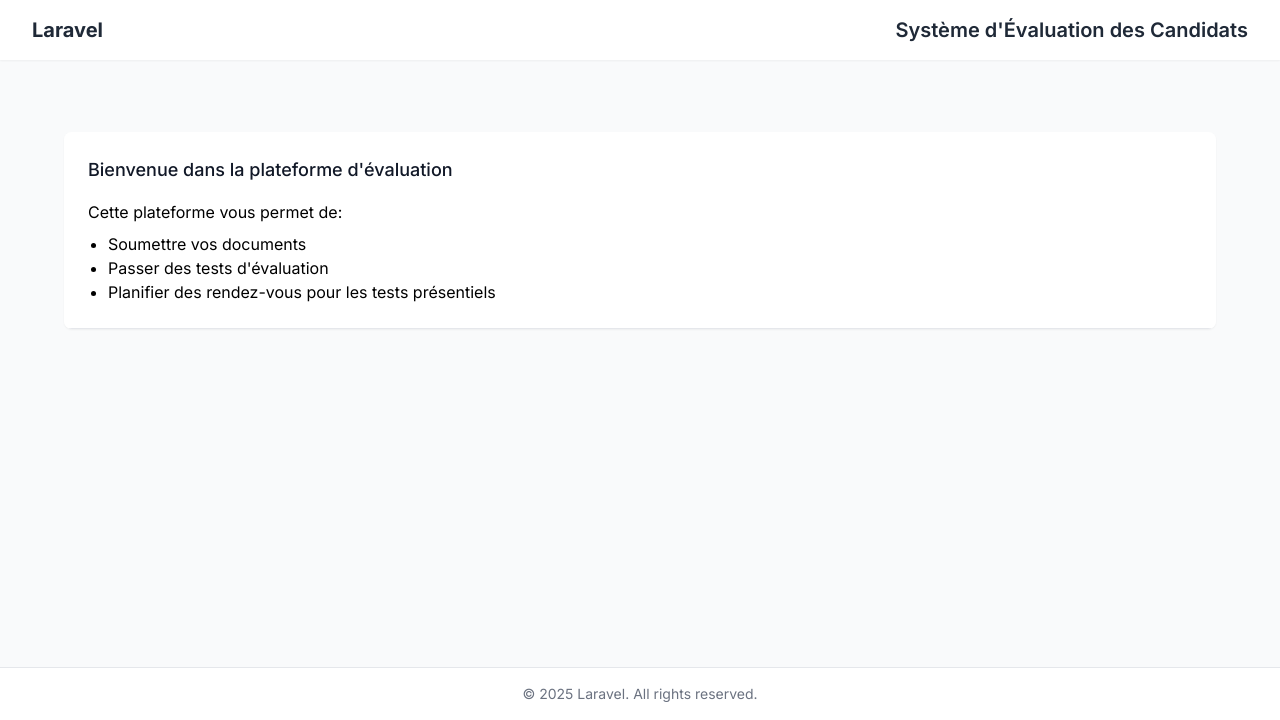
Repository: mohamedm999/Plateforme-de-Tests-d-Acceptation---YouCode-
Page: http://localhost/
These files come from the project's save history. The page is drawn as it stood at one moment and after the next save; the edit follows.
The browser window is 1280 px wide. The pictures show the whole page.
Some web libraries are served in a nearby version. The page is served by the project's Laravel application, run on PHP 8.4 with Laravel 8. A made-up administrator, Test User (test@example.com), is signed in.

Above is the page before, as saved 2025-02-26 13:49:02.

After the next save:
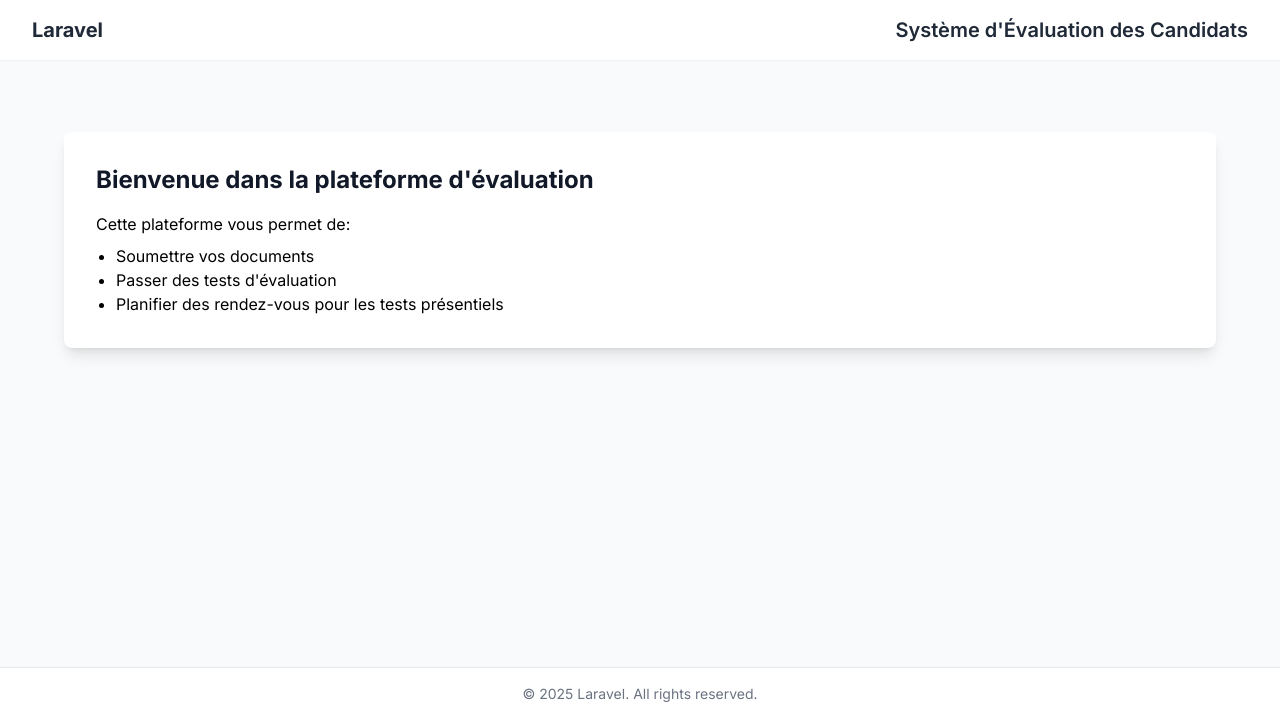
Saved 5 s later.
--- a/projet-evaluation/resources/views/home.blade.php
+++ b/projet-evaluation/resources/views/home.blade.php
@@ -7,9 +7,9 @@
 
     <div class="py-12 bg-gray-50">
         <div class="max-w-7xl mx-auto sm:px-6 lg:px-8">
-            <div class="bg-white overflow-hidden shadow-sm sm:rounded-lg">
-                <div class="p-6 bg-white border-b border-gray-200">
-                    <h3 class="text-lg font-medium text-gray-900">Bienvenue dans la plateforme d'évaluation</h3>
+            <div class="bg-white overflow-hidden shadow-lg sm:rounded-lg">
+                <div class="p-8">
+                    <h3 class="text-2xl font-bold text-gray-900 mb-2">Bienvenue dans la plateforme d'évaluation</h3>
                     <p class="mt-4">
                         Cette plateforme vous permet de:
                     </p>
